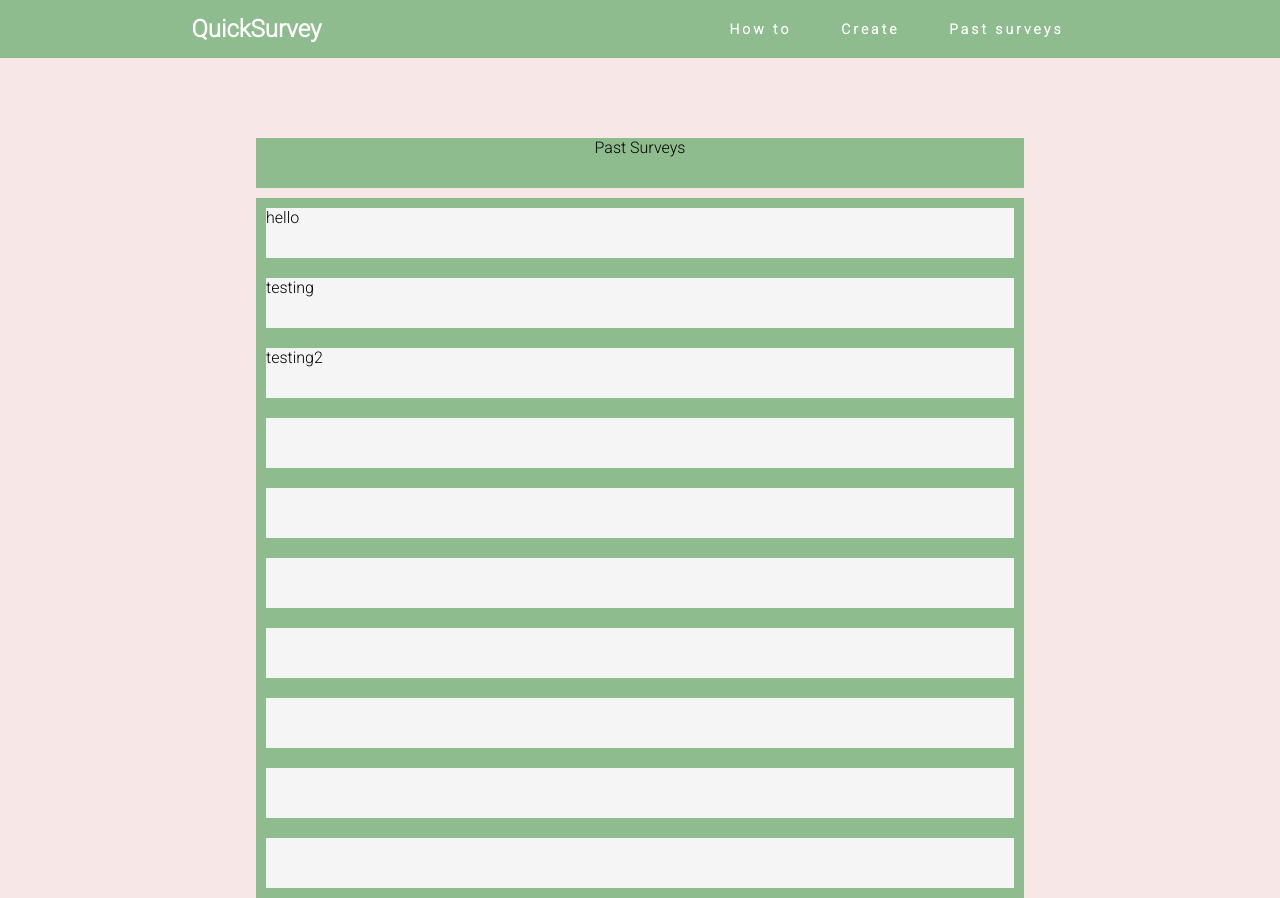
Repository: cakuang1/QuickSurvey
Page: pastsurveys.html
The author's editor kept a copy of each file at every save. The page is drawn from the files as they stood at one save, then again after the next save.
The browser window is 1280 px wide. The pictures show the whole page.
Some web libraries are served in a nearby version.

Above is the page before, as saved 2022-01-06 22:05:56.
Console error: TypeError: Cannot read properties of null (reading 'cloneNode')

After the next save:
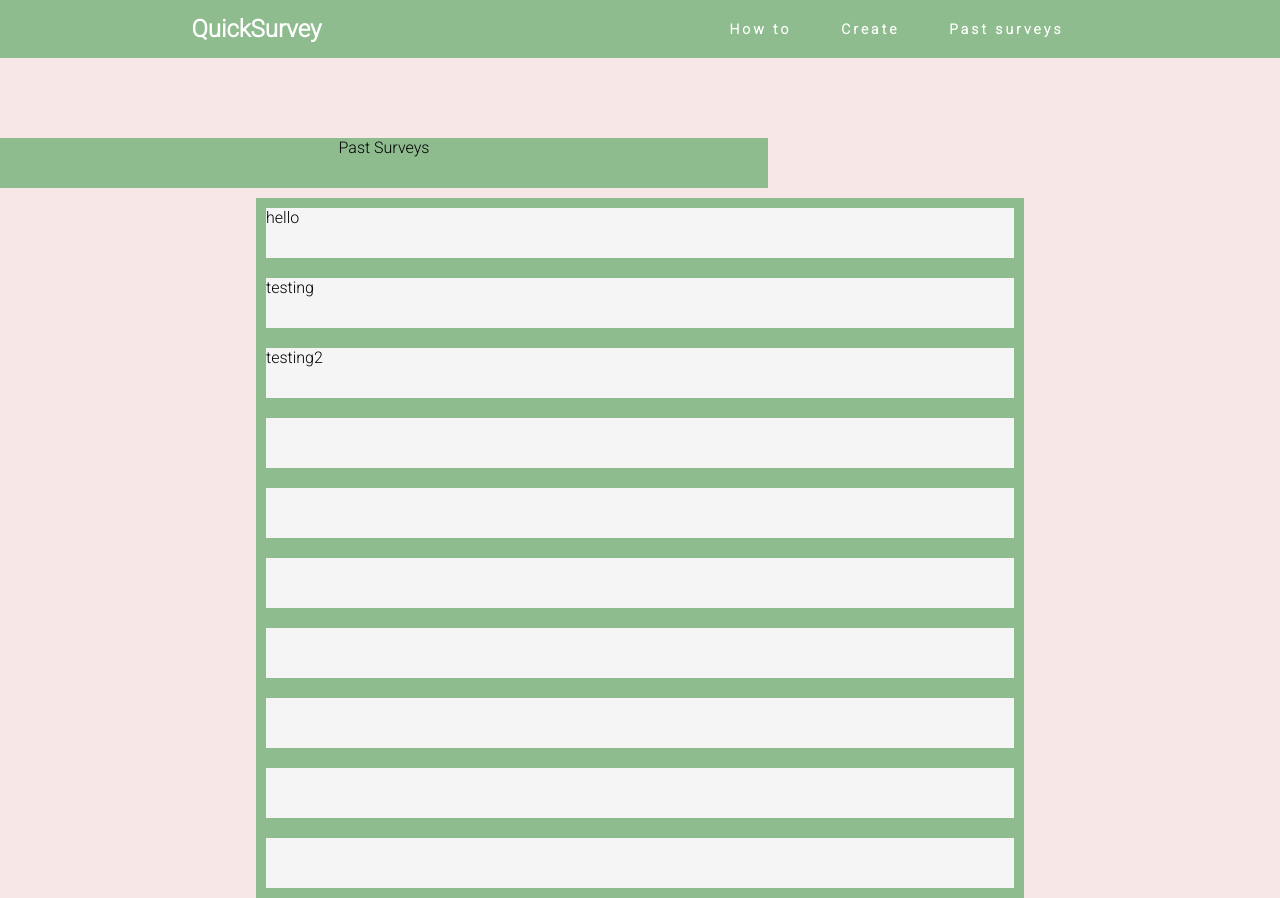
Saved 8 s later.
--- a/style.css
+++ b/style.css
@@ -154,7 +154,7 @@
 
 .upperdiv {
     background-color: darkseagreen;
-
+    text
     margin: auto;
     margin-top: 80px;
     width: 60%;

After the 3 saves that followed:
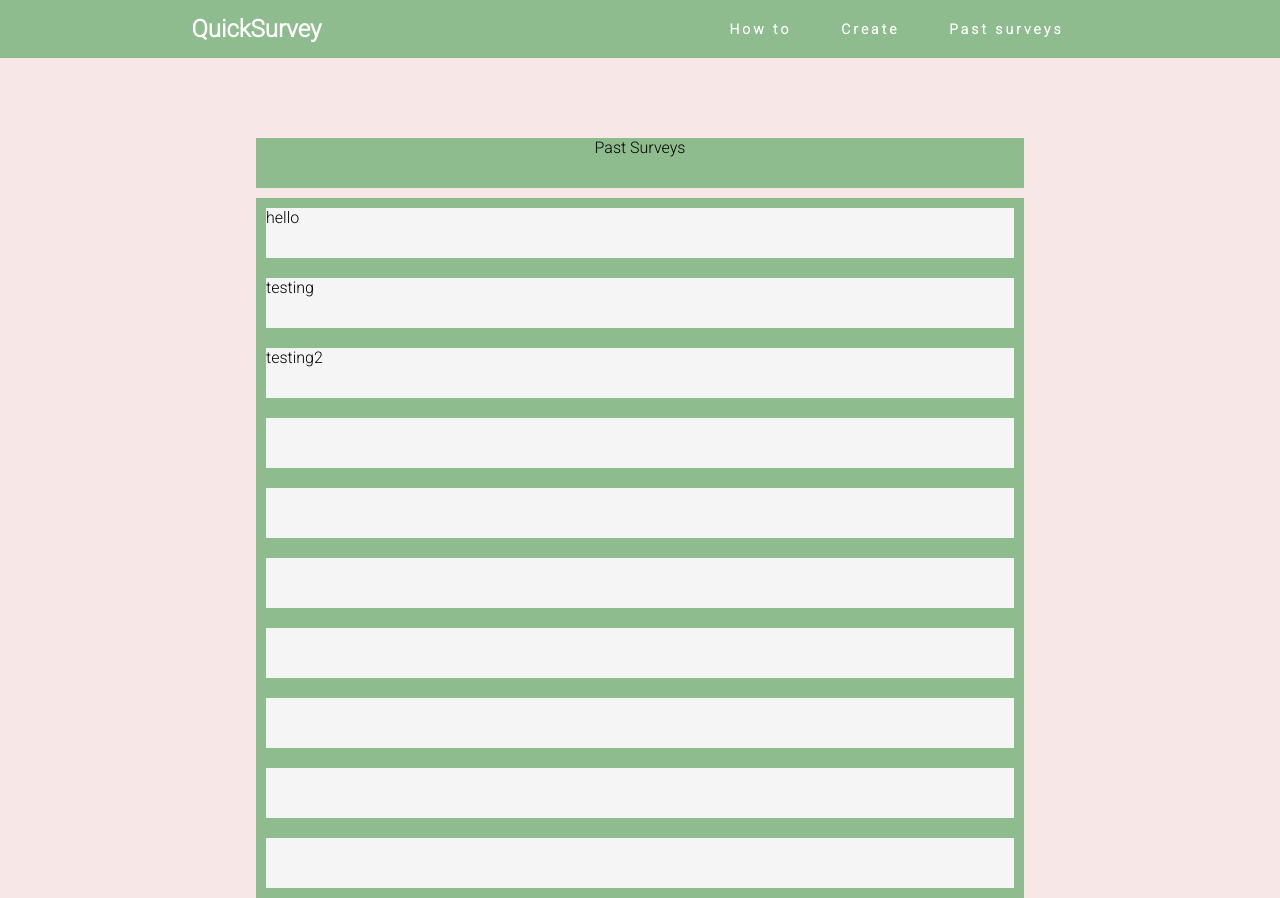
The 3 saves are shown as one change because they came seconds apart.
The last was saved 8 s later.
--- a/style.css
+++ b/style.css
@@ -154,7 +154,6 @@
 
 .upperdiv {
     background-color: darkseagreen;
-    text
     margin: auto;
     margin-top: 80px;
     width: 60%;
